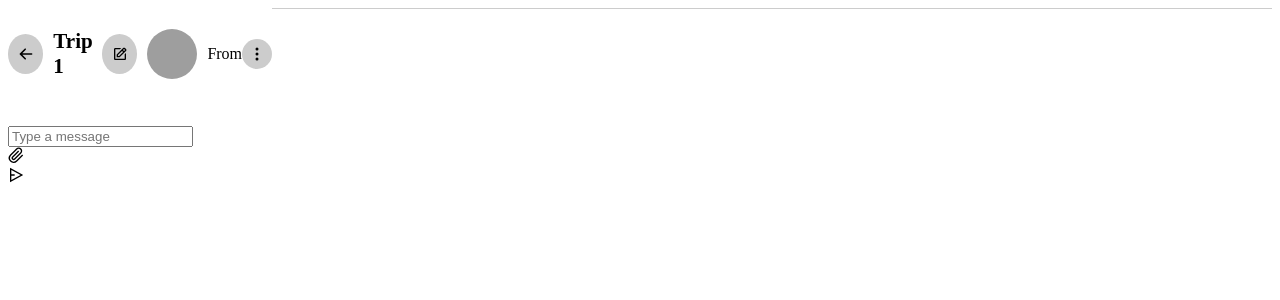
Repository: Abhi2359/PWA_Corider
Page: /
The author's editor kept a copy of each file at every save. The page is drawn from the files as they stood at one save, then again after the next save.
The browser window is 1280 px wide. The pictures show the whole page.
Pictures or frames that could not be fetched are drawn as grey boxes. The page's requests for data from a server got no answer. The project was rebuilt for these pictures with package versions that can differ from the ones it lists, and the page was loaded fresh each time. No one was signed in, and anything a server would have sent is missing. Also part of the build but not shown: vite.config.js, src/chatInput/Chat.css, src/chatInput/Chat.jsx, src/chatInput/ChatInput.css.

Above is the page before, as saved 2023-05-14 10:28:40.

After the next save:
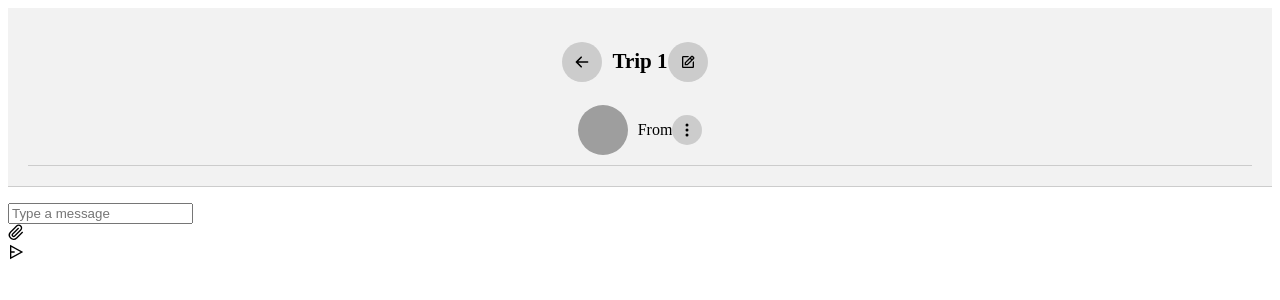
Saved 5 s later.
--- a/src/Header/Header.css
+++ b/src/Header/Header.css
@@ -1,7 +1,7 @@
 .header {
     display: flex;
     flex-direction:
-    .header {
+
         display: flex;
         flex-direction: column;
         align-items: center;
